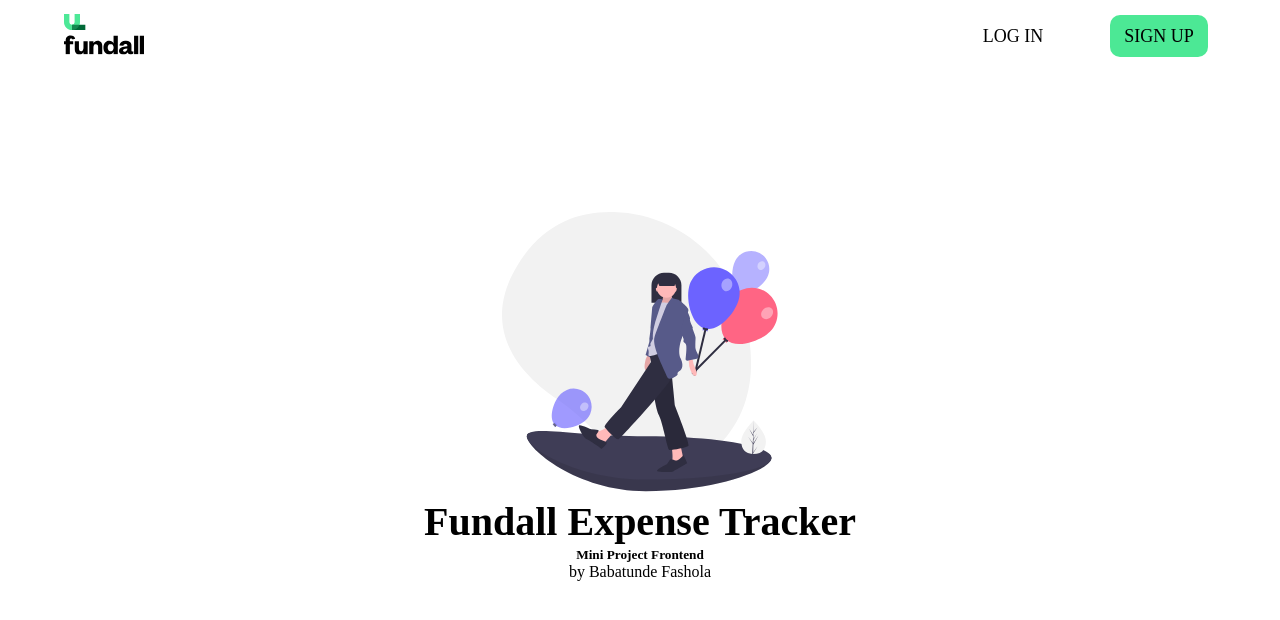
Repository: nilesjamex/niffty
Page: /
These files come from the project's save history. The page is drawn as it stood at one moment and after the next save; the edit follows.
The browser window is 1280 px wide. The pictures show the whole page.
The project was rebuilt for these pictures with package versions that can differ from the ones it lists, and the page was loaded fresh each time.

Above is the page before, as saved 2022-04-16 15:24:29.

After the next save:
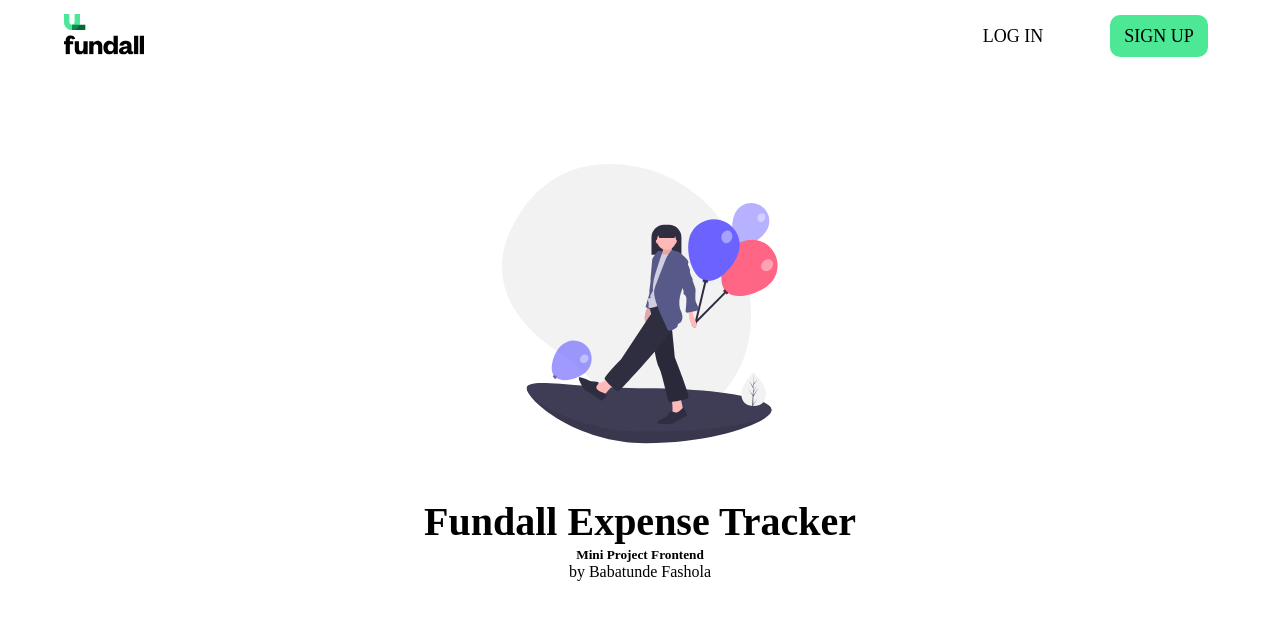
Saved 25 s later.
--- a/src/views/Home.vue
+++ b/src/views/Home.vue
@@ -45,7 +45,7 @@
   text-align: center;
 }
 .home--text {
-  height: 70%;
+  margin: 3rem 0;
   .home--text--content {
     h2 {
       @include heading
